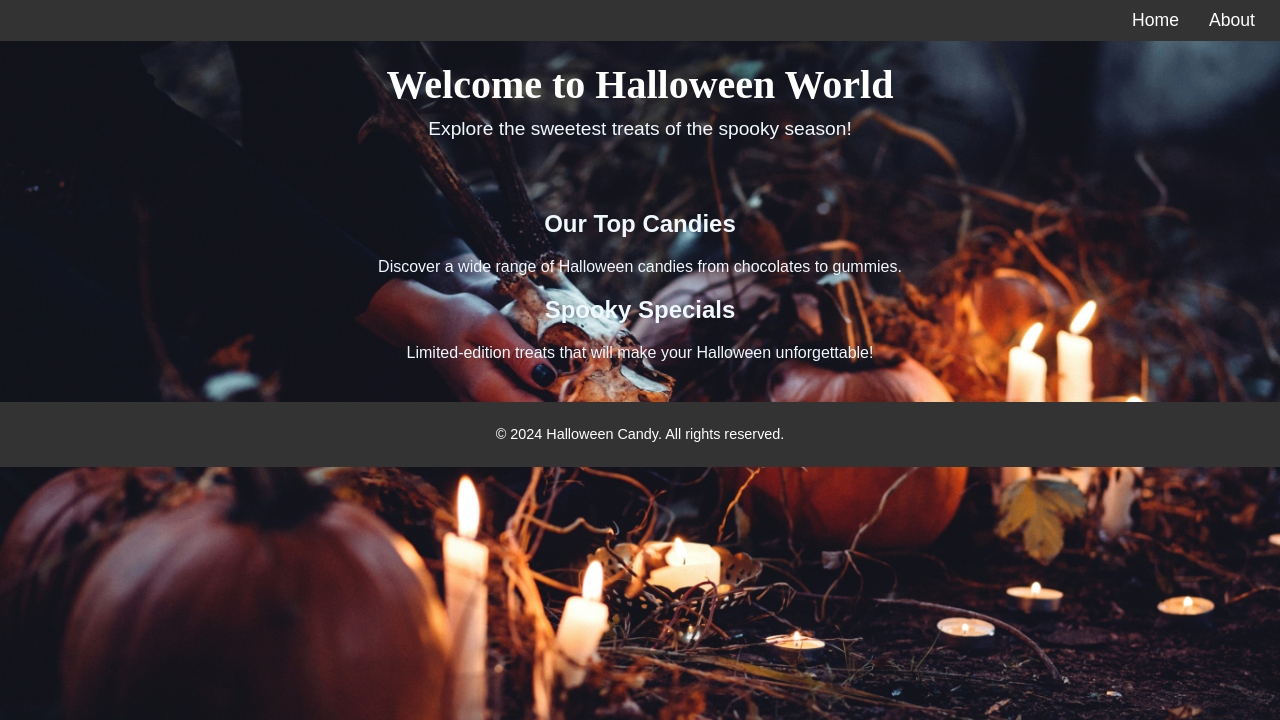
Repository: monicaifijeh/test2
Page: kyportfolio/src/indexHallo.html
The author's editor kept a copy of each file at every save. The page is drawn from the files as they stood at one save, then again after the next save.
The browser window is 1280 px wide. The pictures show the whole page.

Above is the page before, as saved 2024-12-20 17:38:53.

### kyportfolio/src/indexHallo.html
<!DOCTYPE html>
<html lang="en">
  <head>
    <meta charset="UTF-8" />
    <meta name="viewport" content="width=device-width, initial-scale=1.0" />
    <title>Halloween Candy</title>
    <link rel="stylesheet" href="kystyle.css" />
  </head>
  <body>
    <nav>
      <ul>
        <li><a href="indexHallo.html">Home</a></li>
        <li><a href="aboutHallo.html">About</a></li>
      </ul>
    </nav>
    <header>
      <h1>Welcome to Halloween World</h1>
      <p>Explore the sweetest treats of the spooky season!</p>
    </header>
    <main>
      <section class="intro">
        <h2>Our Top Candies</h2>
        <p>
          Discover a wide range of Halloween candies from chocolates to gummies.
        </p>
      </section>
      <section class="intro">
        <h2>Spooky Specials</h2>
        <p>
          Limited-edition treats that will make your Halloween unforgettable!
        </p>
      </section>
    </main>
    <footer>
      <p>&copy; 2024 Halloween Candy. All rights reserved.</p>
    </footer>
  </body>
</html>

### kyportfolio/src/kystyle.css
body {
    font-family: Arial, sans-serif;
    margin: 0;
    padding: 0;
background-image: url("/kyportfolio/images/freestocks-twVS-YjQn9Y-unsplash.jpg");
background-repeat: no-repeat;
background-size: cover;
}

header {
    text-align: center;
    padding: 20px;

}

header h1 {
    margin: 0;
    font-size: 2.5rem;
   color: #fff;
   font-family: fantasy;
}
.intro{
    color: aliceblue;
    text-align: center;
}

header p {
    color: aliceblue;
    margin: 10px 0;
    font-size: 1.2rem;
}

nav ul {
    display: flex;
    justify-content: right;
    list-style: none;
    padding: 10px;
    background-color: #333;
    margin: 0;
}

nav ul li {
    margin: 0 15px;
}

nav ul li a {
    text-decoration: none;
    color: #fff;
    font-size: 1.1rem;
}

nav ul li a:hover {
    text-decoration: underline;
}

main {
    padding: 20px;
}

section {
    margin-bottom: 20px;
}

footer {
    position:relative;
    text-align: center;
    padding: 10px;
    background-color: #333;
    color: #fff;
    font-size: 0.9rem;

}

After the next save:
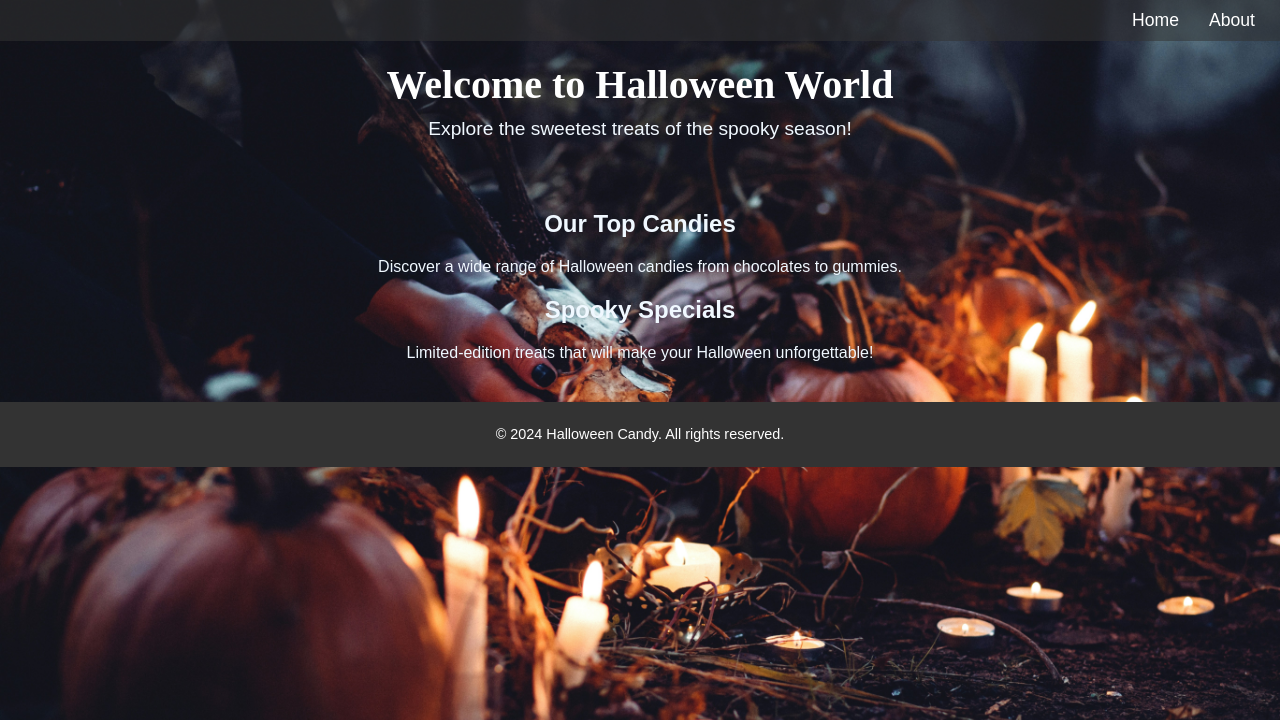
Saved 3 min 40 s later.
--- a/kyportfolio/src/kystyle.css
+++ b/kyportfolio/src/kystyle.css
@@ -35,7 +35,7 @@ nav ul {
     justify-content: right;
     list-style: none;
     padding: 10px;
-    background-color: #333;
+    background-color: #3333338a;
     margin: 0;
 }
 
